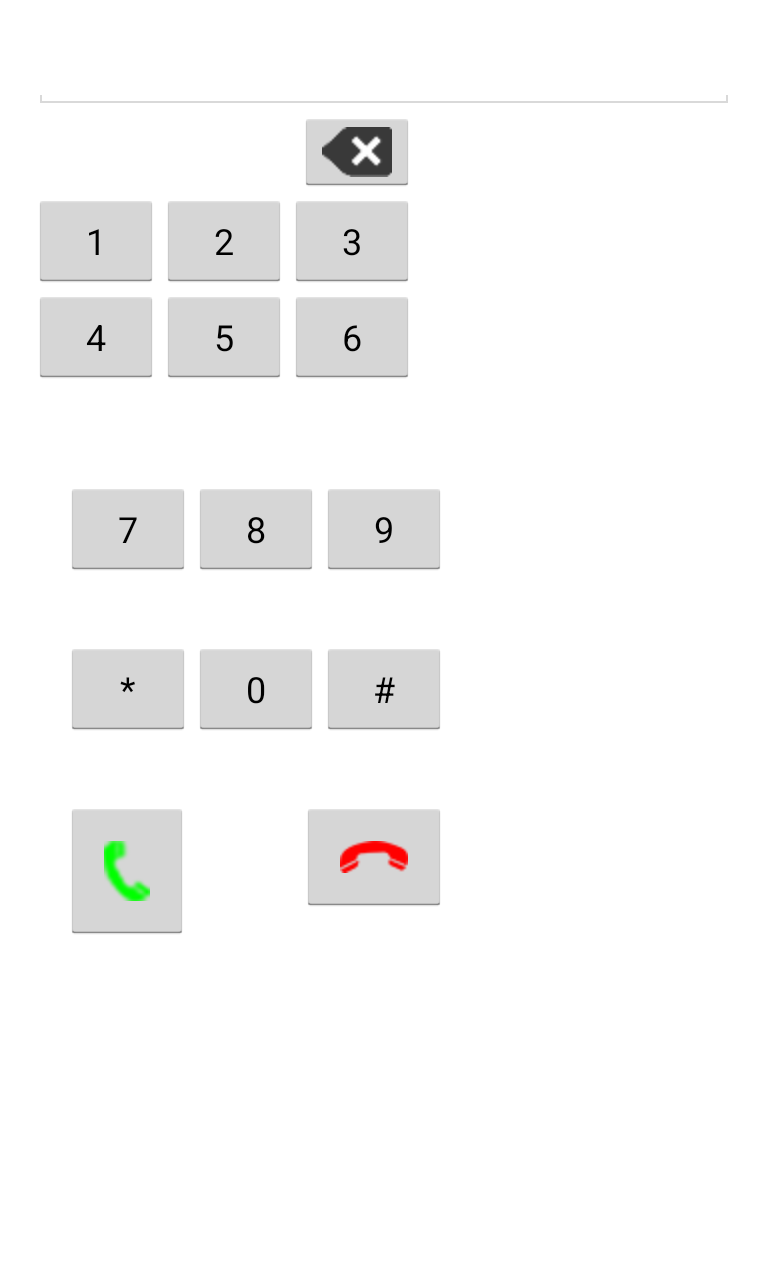
Repository: andreeastoican/Laborator03
Layout: PhoneDialer/res/layout/activity_phone_dialer.xml
These files come from the project's save history. The layout is drawn as it stood at one moment and after the next save; the edit follows.
It is drawn on a 768 x 1280 px phone screen (xhdpi) without system bars, with theme AppTheme; the app's code is not run.

Above is the layout before, as saved 2015-03-10 10:03:27.

### PhoneDialer/res/layout/activity_phone_dialer.xml
<LinearLayout xmlns:android="http://schemas.android.com/apk/res/android"
    xmlns:tools="http://schemas.android.com/tools"
    android:layout_width="match_parent"
    android:layout_height="match_parent"
    android:paddingBottom="@dimen/activity_vertical_margin"
    android:paddingLeft="@dimen/activity_horizontal_margin"
    android:paddingRight="@dimen/activity_horizontal_margin"
    android:paddingTop="@dimen/activity_vertical_margin"
    android:orientation="vertical"
    tools:context="ro.pub.cs.systems.pdsd.lab03.phonedialer.PhoneDialerActivity" >

    <EditText
        android:id="@+id/id_edit_text"
		android:layout_width="fill_parent"
	    android:layout_height="wrap_content"
	    android:ems="10"
	    android:inputType="text"
	    android:enabled="false"
        />

    <GridLayout
	    android:id="@+id/GridLayout1"
	    android:layout_width="wrap_content"
	    android:layout_height="wrap_content"
	    tools:context=".GridXMLActivity"
	    android:rowCount="6"
	    android:columnCount="3" >

        <ImageButton
        android:id="@+id/id_img_button"
        android:layout_width="wrap_content"
        android:layout_height="wrap_content"
        android:src="@drawable/backspace"
        android:layout_below="@id/id_edit_text"
        android:layout_alignParentRight="true"
        android:layout_gravity="right"
		android:layout_columnSpan="3"
    	/>

        <Button
			    android:id="@+id/id1"
		    android:layout_width="wrap_content"
	        android:layout_height="wrap_content"
	        android:text="1"
		    />
		<Button
		    android:id="@+id/id2"
		    android:layout_width="wrap_content"
	        android:layout_height="wrap_content"
	        android:text="2"
		    />
		<Button
		    android:id="@+id/id3"
		    android:layout_width="wrap_content"
	        android:layout_height="wrap_content"
	        android:text="3"
		    />
		<Button
		    android:id="@+id/id4"
		    android:layout_width="wrap_content"
	        android:layout_height="wrap_content"
	        android:text="4"
		    />
		<Button
		    android:id="@+id/id5"
		    android:layout_width="wrap_content"
	        android:layout_height="wrap_content"
	        android:text="5"
		    />
		<Button
		    android:id="@+id/id6"
		    android:layout_width="wrap_content"
	        android:layout_height="wrap_content"
	        android:text="6"
		    />

    </GridLayout>


	<LinearLayout
	  android:layout_below="@id/layout1"
	  android:id="@+id/layout2"
	  android:layout_width="wrap_content"
	  android:layout_height="wrap_content"
	  android:paddingBottom="@dimen/activity_vertical_margin"
	  android:paddingLeft="@dimen/activity_horizontal_margin"
	  android:paddingRight="@dimen/activity_horizontal_margin"
	  android:paddingTop="@dimen/activity_vertical_margin"
	  android:orientation="horizontal">



	</LinearLayout>


	<LinearLayout
	  android:layout_below="@id/layout2"
	  android:id="@+id/layout3"
	  android:layout_width="wrap_content"
	  android:layout_height="wrap_content"
	  android:paddingBottom="@dimen/activity_vertical_margin"
	  android:paddingLeft="@dimen/activity_horizontal_margin"
	  android:paddingRight="@dimen/activity_horizontal_margin"
	  android:paddingTop="@dimen/activity_vertical_margin"
	  android:orientation="horizontal">

		<Button
		    android:id="@+id/id7"
		    android:layout_width="wrap_content"
	        android:layout_height="wrap_content"
	        android:text="7"
		    />
		<Button
		    android:id="@+id/id8"
		    android:layout_width="wrap_content"
	        android:layout_height="wrap_content"
	        android:text="8"
		    />
		<Button
		    android:id="@+id/id9"
		    android:layout_width="wrap_content"
	        android:layout_height="wrap_content"
	        android:text="9"
		    />

	</LinearLayout>

	<LinearLayout
	  android:layout_below="@id/layout3"
	  android:id="@+id/layout4"
	  android:layout_width="wrap_content"
	  android:layout_height="wrap_content"
	  android:paddingBottom="@dimen/activity_vertical_margin"
	  android:paddingLeft="@dimen/activity_horizontal_margin"
	  android:paddingRight="@dimen/activity_horizontal_margin"
	  android:paddingTop="@dimen/activity_vertical_margin"
	  android:orientation="horizontal">

		<Button
		    android:id="@+id/id10"
		    android:layout_width="wrap_content"
	        android:layout_height="wrap_content"
	        android:text="*"
		    />
		<Button
		    android:id="@+id/id0"
		    android:layout_width="wrap_content"
	        android:layout_height="wrap_content"
	        android:text="0"
		    />
		<Button
		    android:id="@+id/id11"
		    android:layout_width="wrap_content"
	        android:layout_height="wrap_content"
	        android:text="#"
		    />
	</LinearLayout>

	<RelativeLayout
	  android:layout_below="@id/layout4"
	  android:layout_width="wrap_content"
	  android:layout_height="wrap_content"
	  android:paddingBottom="@dimen/activity_vertical_margin"
	  android:paddingLeft="@dimen/activity_horizontal_margin"
	  android:paddingRight="@dimen/activity_horizontal_margin"
	  android:paddingTop="@dimen/activity_vertical_margin"
	  android:orientation="horizontal">

		<ImageButton
		    android:id="@+id/img_on"
		    android:layout_width="wrap_content"
	        android:layout_height="wrap_content"
	        android:src="@drawable/call"
	        android:padding="20dp"
		    />

		<ImageButton
		    android:id="@+id/img_off"
		    android:layout_width="wrap_content"
	        android:layout_height="wrap_content"
	        android:text="#"
	        android:layout_toRightOf="@id/img_on"
	        android:padding="20dp"
	        android:layout_marginLeft="55dp"
	        android:src="@drawable/hangup"
		    />
	</RelativeLayout>"

</LinearLayout>

Loaded but not shown: PhoneDialer/res/values/styles.xml (common file); PhoneDialer/res/values-v11/styles.xml (common file); PhoneDialer/res/values-v14/styles.xml (common file); PhoneDialer/res/values/dimens.xml (common file); PhoneDialer/res/values-w820dp/dimens.xml (common file)

After the next save:
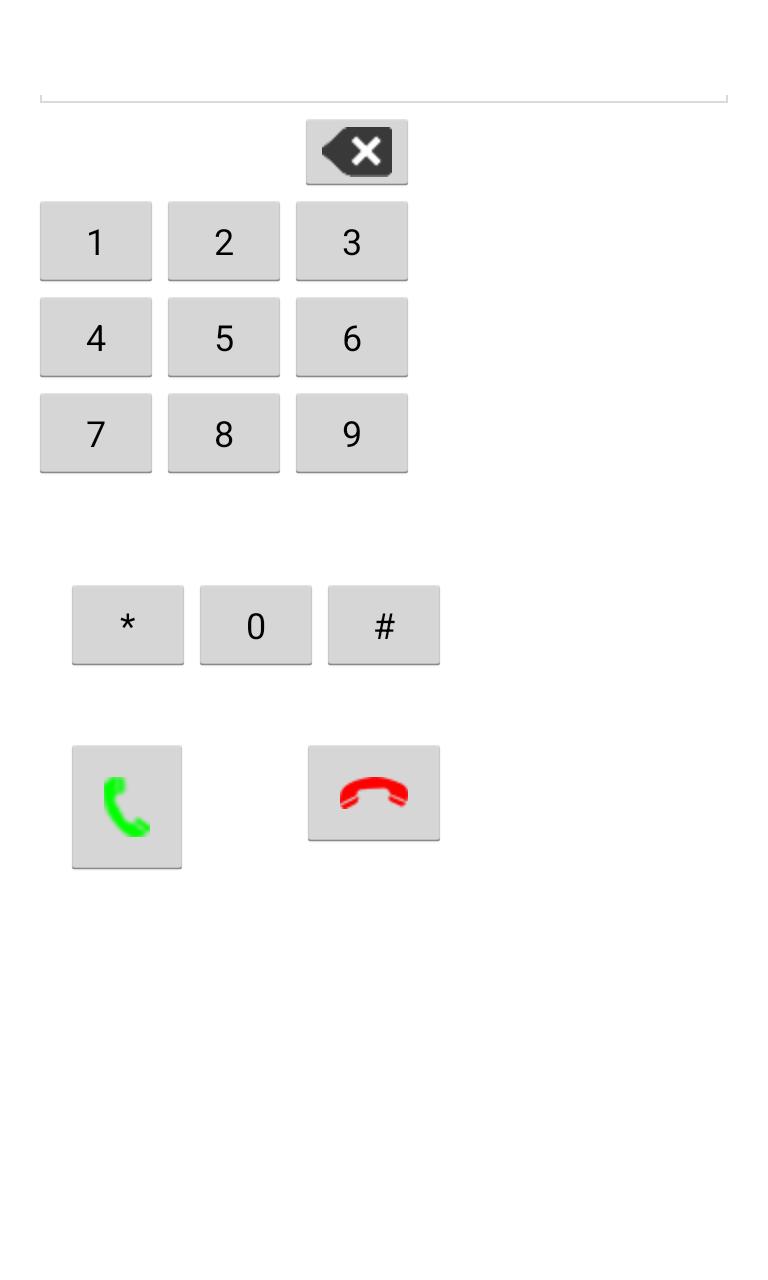
Saved 14 s later.
--- a/PhoneDialer/res/layout/activity_phone_dialer.xml
+++ b/PhoneDialer/res/layout/activity_phone_dialer.xml
@@ -74,36 +74,6 @@
 	        android:text="6"
 		    />
 
-    </GridLayout>
-
-
-	<LinearLayout
-	  android:layout_below="@id/layout1"
-	  android:id="@+id/layout2"
-	  android:layout_width="wrap_content"
-	  android:layout_height="wrap_content"
-	  android:paddingBottom="@dimen/activity_vertical_margin"
-	  android:paddingLeft="@dimen/activity_horizontal_margin"
-	  android:paddingRight="@dimen/activity_horizontal_margin"
-	  android:paddingTop="@dimen/activity_vertical_margin"
-	  android:orientation="horizontal">
-
-
-
-	</LinearLayout>
-
-
-	<LinearLayout
-	  android:layout_below="@id/layout2"
-	  android:id="@+id/layout3"
-	  android:layout_width="wrap_content"
-	  android:layout_height="wrap_content"
-	  android:paddingBottom="@dimen/activity_vertical_margin"
-	  android:paddingLeft="@dimen/activity_horizontal_margin"
-	  android:paddingRight="@dimen/activity_horizontal_margin"
-	  android:paddingTop="@dimen/activity_vertical_margin"
-	  android:orientation="horizontal">
-
 		<Button
 		    android:id="@+id/id7"
 		    android:layout_width="wrap_content"
@@ -122,6 +92,24 @@
 	        android:layout_height="wrap_content"
 	        android:text="9"
 		    />
+
+    </GridLayout>
+
+
+
+
+	<LinearLayout
+	  android:layout_below="@id/layout2"
+	  android:id="@+id/layout3"
+	  android:layout_width="wrap_content"
+	  android:layout_height="wrap_content"
+	  android:paddingBottom="@dimen/activity_vertical_margin"
+	  android:paddingLeft="@dimen/activity_horizontal_margin"
+	  android:paddingRight="@dimen/activity_horizontal_margin"
+	  android:paddingTop="@dimen/activity_vertical_margin"
+	  android:orientation="horizontal">
+
+
 
 	</LinearLayout>
 
